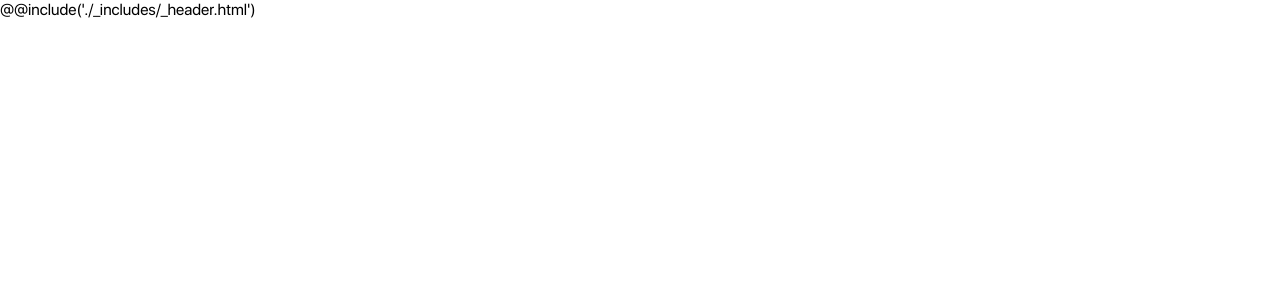
Repository: Inzhir2022/hosting
Page: src/index.html
The author's editor kept a copy of each file at every save. The page is drawn from the files as they stood at one save, then again after the next save.
The browser window is 1280 px wide. The pictures show the whole page.

Above is the page before, as saved 2022-07-16 10:59:25.

After the next save:
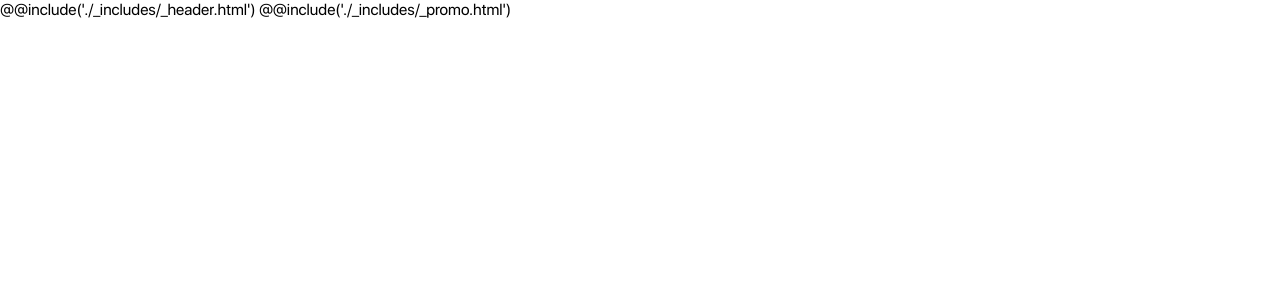
Saved 52 s later.
--- a/src/index.html
+++ b/src/index.html
@@ -10,6 +10,7 @@
 
 <body>
   @@include('./_includes/_header.html')
+  @@include('./_includes/_promo.html')
 
   <script src="js/main.js"></script>
 </body>
